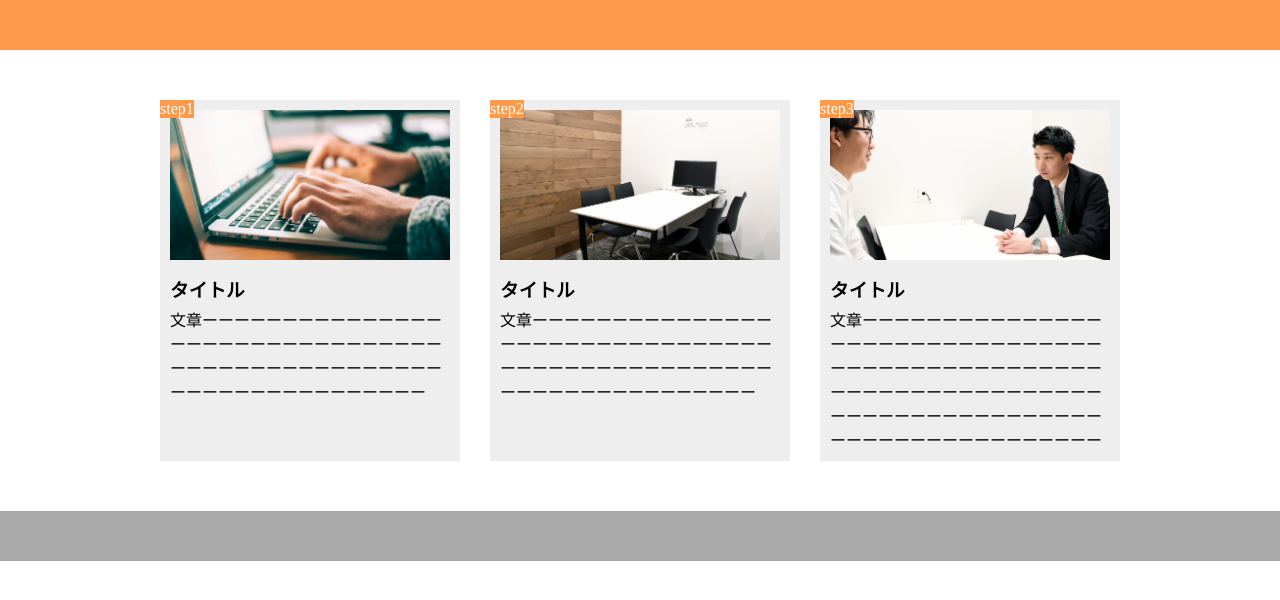
Repository: yuu3176/theme1
Page: 1-9-2/1-9-2.html
The author's editor kept a record of every edit. The page is drawn from the files as they stood at one moment, then again after the next edit.
The browser window is 1280 px wide. The pictures show the whole page.

Above is the page before.

### 1-9-2/1-9-2.html
<!DOCTYPE html>
<html lang="ja">
  <head>
    <meta charset="utf-8">
    <link rel="stylesheet" href="1-9-2.css">
    <title>1-9-2</title>
  </head>

  <body>
    <header></header>
    <main>
      <div class="box">
        <div class="box-step">
          <p>step1</p>
        </div>
        <div class="box-image1"></div>
        <section class="box-text">
          <h3>タイトル</h3>
        </section>
          <p>文章ーーーーーーーーーーーーーーーーーーーーーーーーーーーーーーーーーーーーーーーーーーーーーーーーーーーーーーーーーーーーーーーーー</p>
      </div>
      <div class="box">
        <div class="box-step">
          <p>step2</p>
        </div>
        <div class="box-image2"></div>
        <section class="box-text">
          <h3>タイトル</h3>
        </section>
          <p>文章ーーーーーーーーーーーーーーーーーーーーーーーーーーーーーーーーーーーーーーーーーーーーーーーーーーーーーーーーーーーーーーーーー</p>
      </div>
      <div class="box">
        <div class="box-step">
          <p>step3</p>
        </div>
        <div class="box-image3"></div>
        <section class="box-text">
          <h3>タイトル</h3>
          </section>
          <p>文章ーーーーーーーーーーーーーーーーーーーーーーーーーーーーーーーーーーーーーーーーーーーーーーーーーーーーーーーーーーーーーーーーーーーーーーーーーーーーーーーーーーーーーーーーーーーーーーーーーーーー</p>
      </div>
    </main>
    <footer></footer>
  </body>
</html>

### 1-9-2/1-9-2.css
*{
  margin: 0;
  padding: 0;
  box-sizing: border-box;
}

header{
  height: 50px;
  background-color: #ff9a4b;
}

main{
  width: 960px;
  margin: 50px auto;
  display: flex;
}

.box{
  width: 300px;
  margin-right: 30px;
  padding: 10px;
  position: relative;
  background-color: #eeeeee;
}

.box:last-child{
  margin-right: 0;
}

.box-step{
  position: absolute;
  top: 0;
  left: 0;
  background-color: #ff9a4b;
  color: #fff;
}

.box-image1{
  height: 150px;
  background-image: url(img/flow01.png);
  background-position: bottom;
  background-size: cover;
}

.box-image2{
  height: 150px;
  background-image: url(img/flow02.png);
  background-position: bottom;
  background-size: cover;
}

.box-image3{
  height: 150px;
  background-image: url(img/flow03.png);
  background-position: bottom;
  background-size: cover;
}

.box-text{
  margin: 15px 0 5px;
}

footer{
  height: 50px;
  background-color: #aaaaaa;
}

@media screen and (max-width:768px){
  header{
    width: 100%;
  }

  main{
    width: 100%;
    margin: 50px auto;
    display: block;
  }

  .box{
    width: 90%;
    margin-bottom: 20px;
    margin-left: 5%;
    margin-right: 5%;
  }

  .box:last-child{
    margin-bottom: 0;
  }

  .box-image1 .box-image2 .box-image3{
    height: 150px;
  }

  footer{
    width: 100%;
  }

After the next edit:
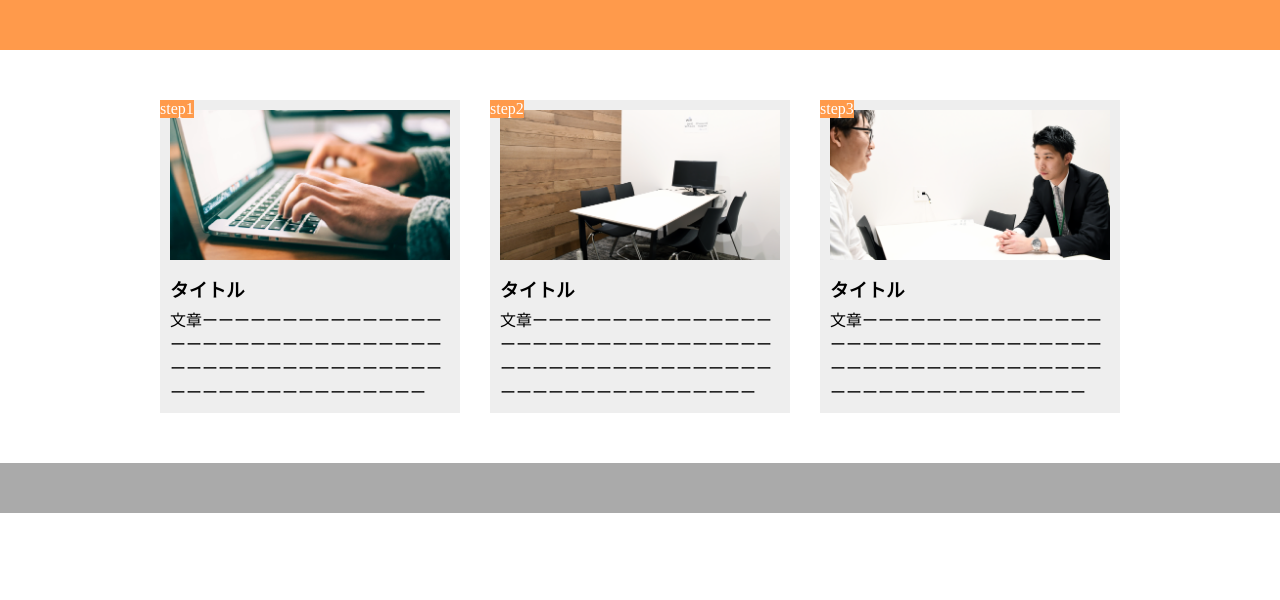
The edit:
--- a/1-9-2/1-9-2.html
+++ b/1-9-2/1-9-2.html
@@ -37,7 +37,7 @@
         <section class="box-text">
           <h3>タイトル</h3>
           </section>
-          <p>文章ーーーーーーーーーーーーーーーーーーーーーーーーーーーーーーーーーーーーーーーーーーーーーーーーーーーーーーーーーーーーーーーーーーーーーーーーーーーーーーーーーーーーーーーーーーーーーーーーーーーー</p>
+          <p>文章ーーーーーーーーーーーーーーーーーーーーーーーーーーーーーーーーーーーーーーーーーーーーーーーーーーーーーーーーーーーーーーーーー</p>
       </div>
     </main>
     <footer></footer>
